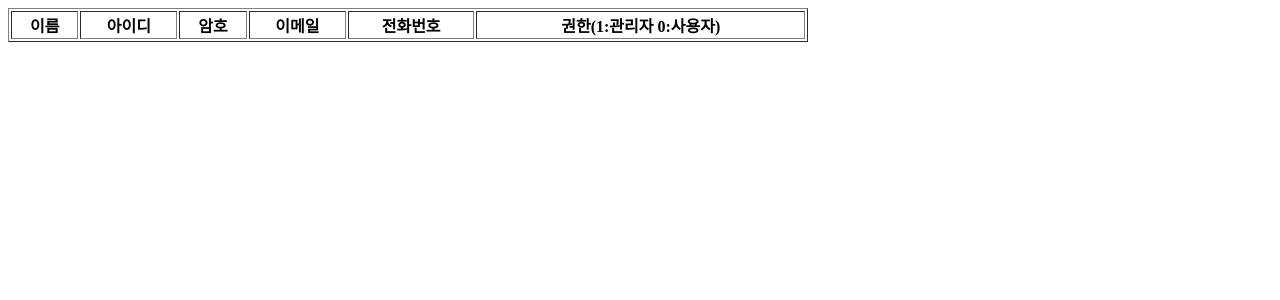
Repository: yjeongyjeong/jsp
Page: http://localhost/web-study-08-oracle/01_allMember.jsp
The author's editor kept a copy of each file at every save. The page is drawn from the files as they stood at one save, then again after the next save.
The browser window is 1280 px wide. The pictures show the whole page.
The page is served by Tomcat 9. Queries for data that is not in the repository find no rows.

Above is the page before, as saved 2023-10-12 06:31:37.

### web-study-08-oracle/src/main/webapp/01_allMember.jsp
<%@page import="java.sql.DriverManager"%>
<%@page import="java.sql.ResultSet"%>
<%@page import="java.sql.Statement"%>
<%@page import="java.sql.Connection"%>
<%@ page language="java" contentType="text/html; charset=UTF-8"
    pageEncoding="UTF-8"%>

<%! /* 선언문  */
	Connection con = null;
	Statement stmt = null;
	ResultSet rs = null;

	String url = "jdbc:oracle:thin:@localhost:1521:xe";
	String uid = "scott";
	String pwd = "tiger";
	String sql = "select * from member";
%>

<!DOCTYPE html>
<html>
<head>
<meta charset="UTF-8">
<title>Insert title here</title>
</head>
<body>
	<table width="800" border="1" color="pink">
		<tr>
			<th>이름</th><th>아이디</th><th>암호</th>
			<th>이메일</th><th>전화번호</th><th>권한(1:관리자 0:사용자)</th>
		</tr>

		<%
		try {
			Class.forName("oracle.jdbc.driver.OracleDriver"); //DB 연결준비
			con = DriverManager.getConnection(url, uid, pwd); //연결함
			stmt = con.createStatement(); //명령준비
			rs = stmt.executeQuery(sql); //명령함

			while(rs.next()){
				out.println("<tr>");
				out.println("<td>" + rs.getString("name") + "</td>");
				out.println("<td>" + rs.getString("userid") + "</td>");
				out.println("<td>" + rs.getString("pwd") + "</td>");
				out.println("<td>" + rs.getString("email") + "</td>");
				out.println("<td>" + rs.getString("phone") + "</td>");
				out.println("<td>" + rs.getString("admin") + "</td>");
				out.println("</tr>");
			}
		} catch(Exception e){
			e.getMessage();
		} finally {
			try{ //역순으로 닫기 근데 왜 이 구문까지 try를 한 걸까..
				if(rs != null) rs.close();
				if(stmt != null) stmt.close();
				if(con != null) con.close();
			}
			catch(Exception e){e.getMessage();}
		}
		%>


	</table>



</body>
</html>

After the next save:
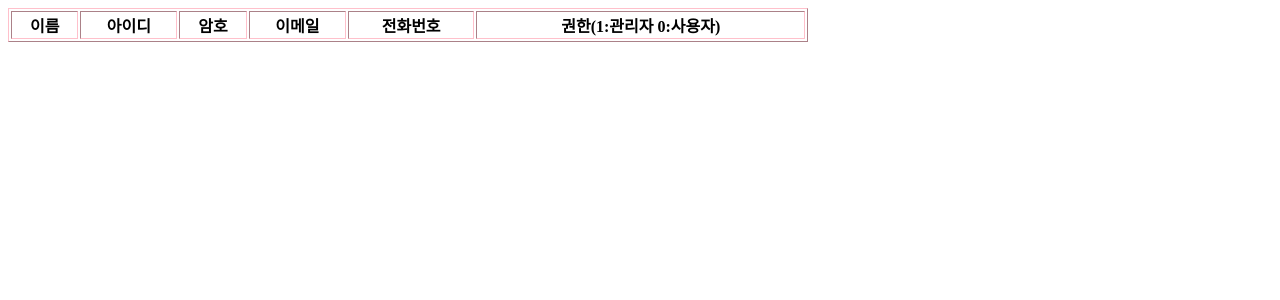
Saved 51 s later.
--- a/web-study-08-oracle/src/main/webapp/01_allMember.jsp
+++ b/web-study-08-oracle/src/main/webapp/01_allMember.jsp
@@ -23,7 +23,7 @@
 <title>Insert title here</title>
 </head>
 <body>
-	<table width="800" border="1" color="pink">
+	<table width="800" border="1" style="border-color: pink">
 		<tr>
 			<th>이름</th><th>아이디</th><th>암호</th>
 			<th>이메일</th><th>전화번호</th><th>권한(1:관리자 0:사용자)</th>

After the save that followed:
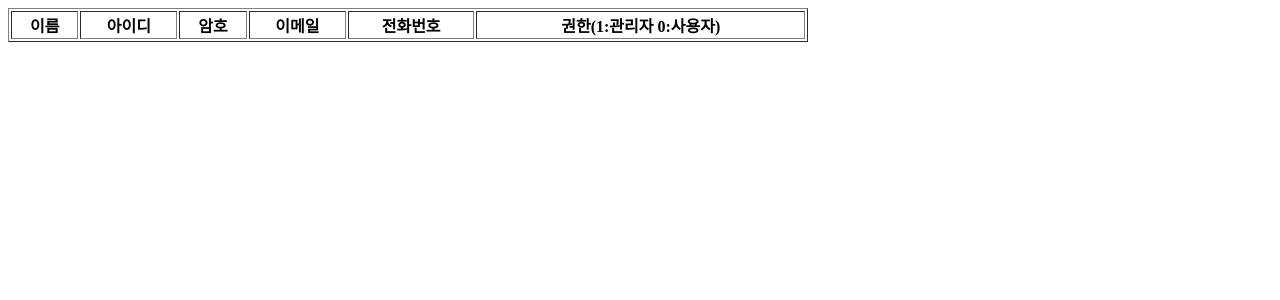
Saved 40 s later.
--- a/web-study-08-oracle/src/main/webapp/01_allMember.jsp
+++ b/web-study-08-oracle/src/main/webapp/01_allMember.jsp
@@ -23,7 +23,7 @@
 <title>Insert title here</title>
 </head>
 <body>
-	<table width="800" border="1" style="border-color: pink">
+	<table width="800" border="1" style="background-color: pink border-color: pink">
 		<tr>
 			<th>이름</th><th>아이디</th><th>암호</th>
 			<th>이메일</th><th>전화번호</th><th>권한(1:관리자 0:사용자)</th>
